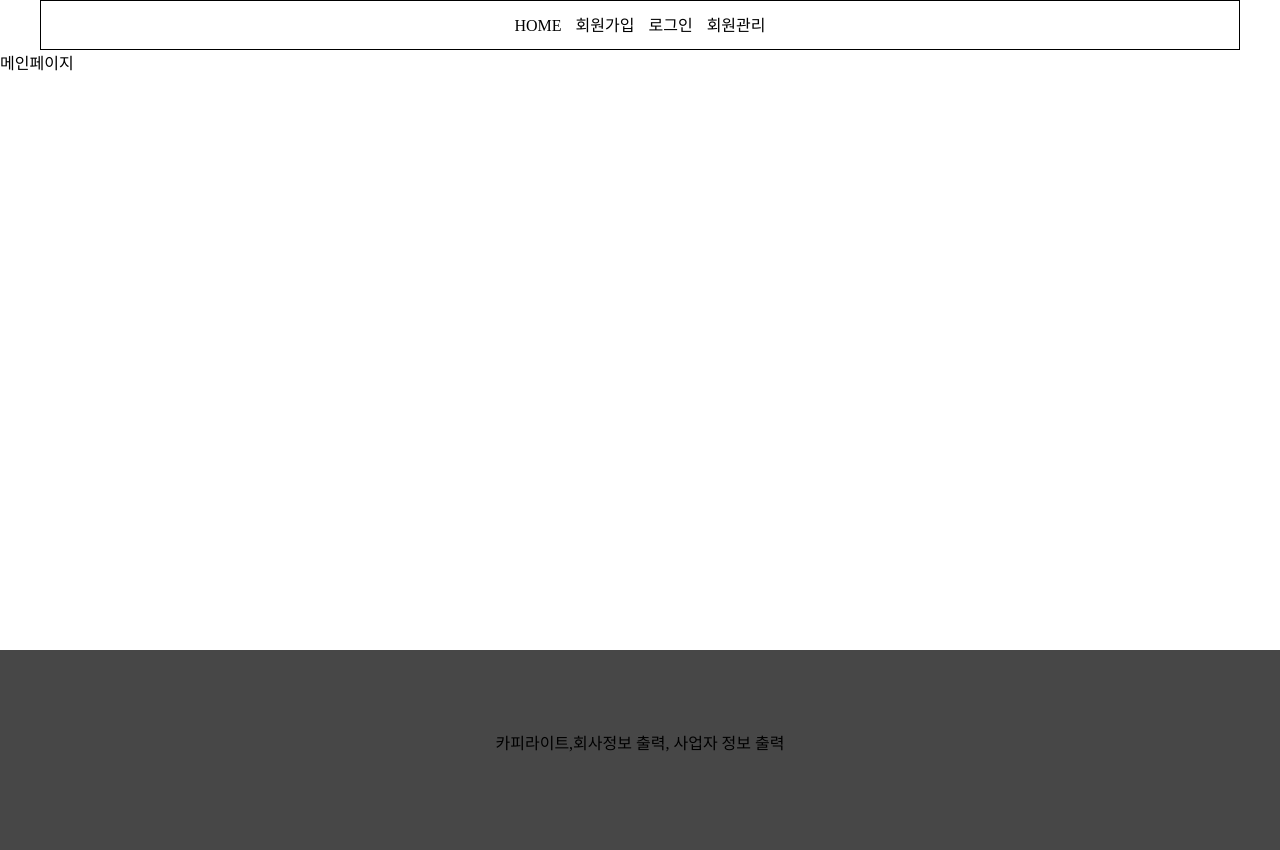
Repository: ceooyh/JSP
Page: http://localhost/step02/test.jsp
The author's editor kept a copy of each file at every save. The page is drawn from the files as they stood at one save, then again after the next save.
The browser window is 1280 px wide. The pictures show the whole page.
The page is served by Tomcat 9.

Above is the page before, as saved 2020-12-29 06:04:32.

After the next save:
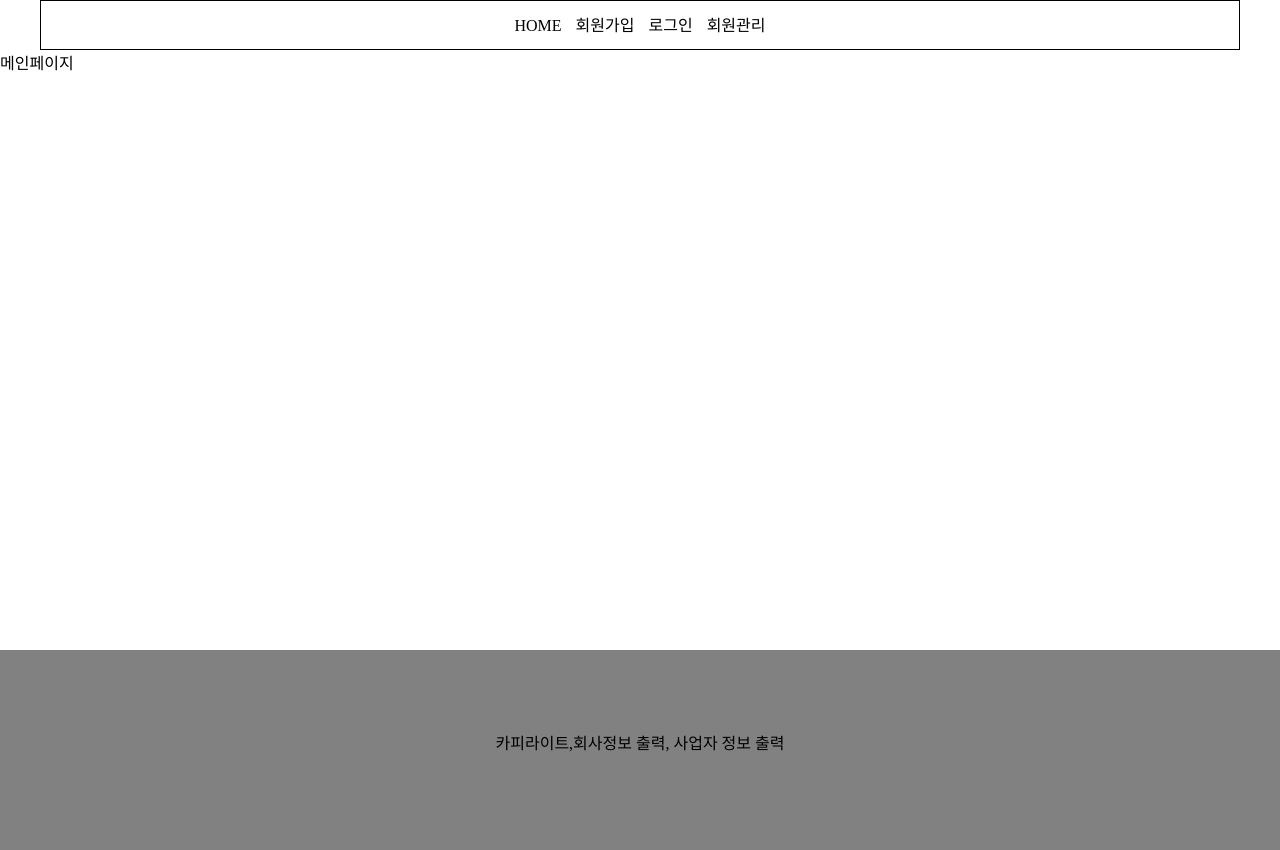
Saved 105 s later.
--- a/step02/WebContent/test.jsp
+++ b/step02/WebContent/test.jsp
@@ -34,7 +34,7 @@
 		footer{
 			width: 100%;
 			height: 200px;
-			background-color:#474747;
+			background-color:#818181;
 			text-align: center;
 			box-sizing:border-box;
 			padding-top: 80px;
